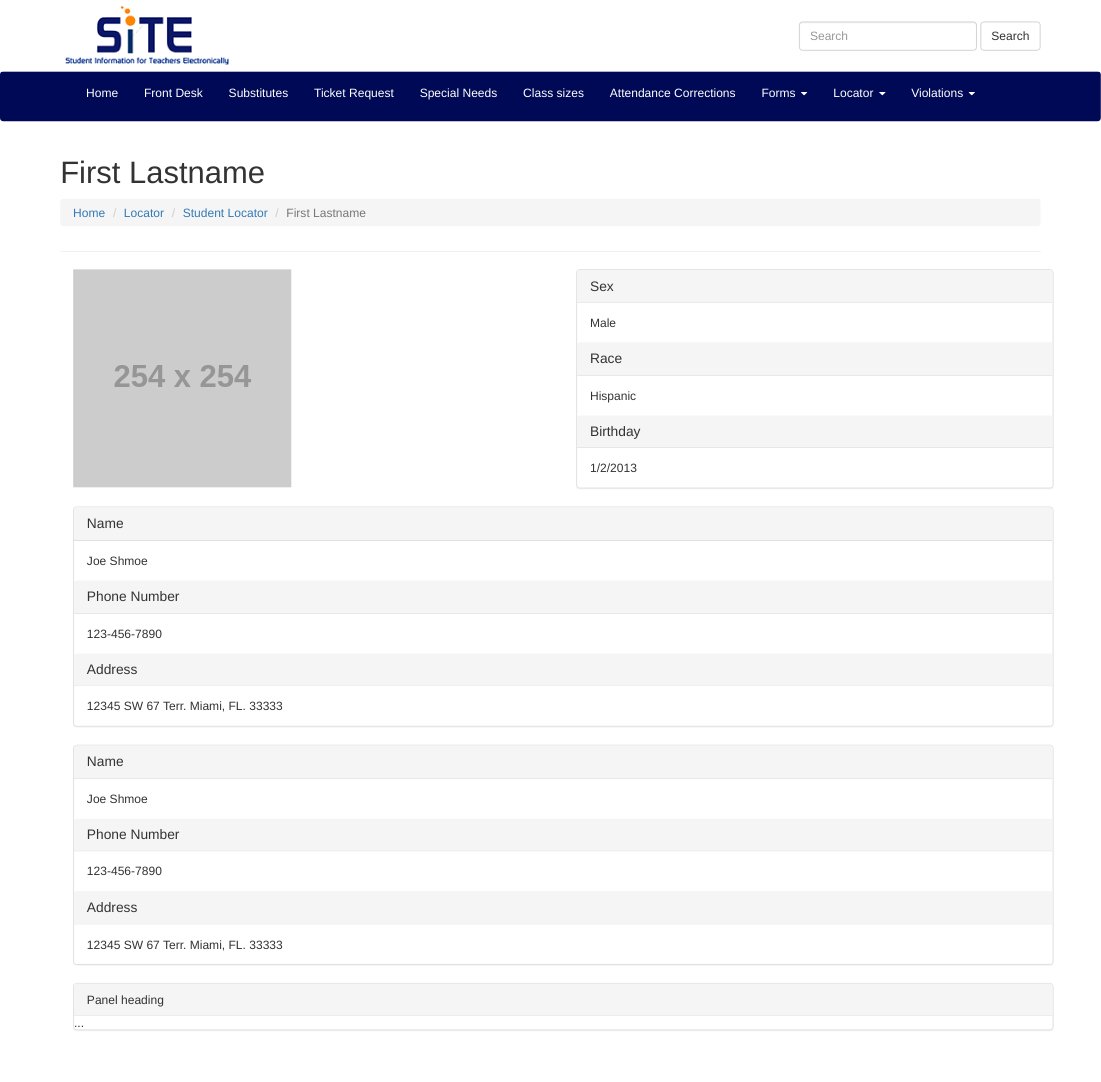
Repository: theFeez/S.I.T.E.
Page: workspace/student.html
The author's editor kept a record of every edit. The page is drawn from the files as they stood at one moment, then again after the next edit.
The browser window is 1280 px wide. The pictures show the whole page, at 86% of full size.
Some web libraries are served in a nearby version.

Above is the page before.

After the next edit:
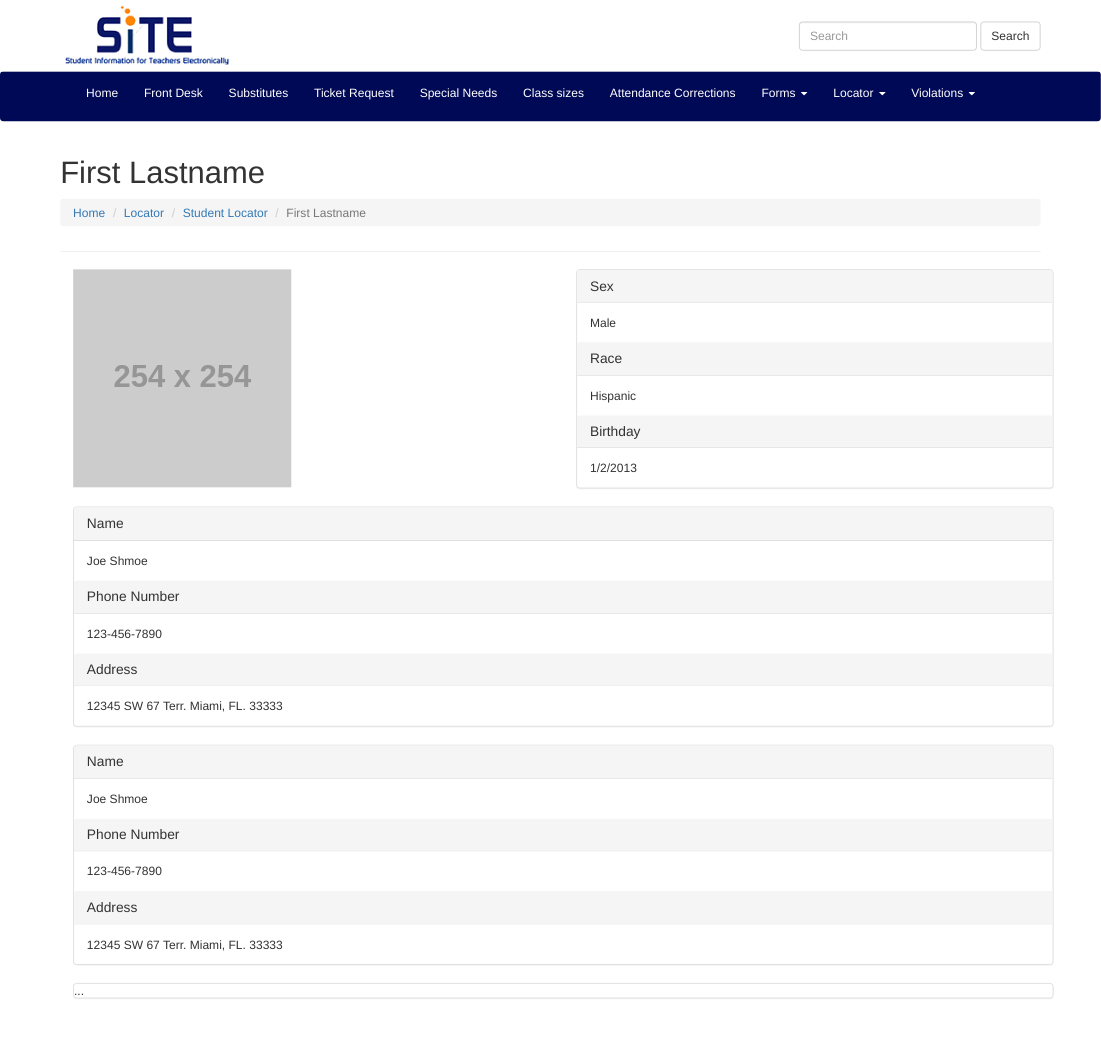
The edit:
--- a/workspace/student.html
+++ b/workspace/student.html
@@ -207,7 +207,6 @@
 
       <div class="panel panel-default">
   <!-- Default panel contents -->
-  <div class="panel-heading">Panel heading</div>
 
   <!-- Table -->
   <table class="table">
